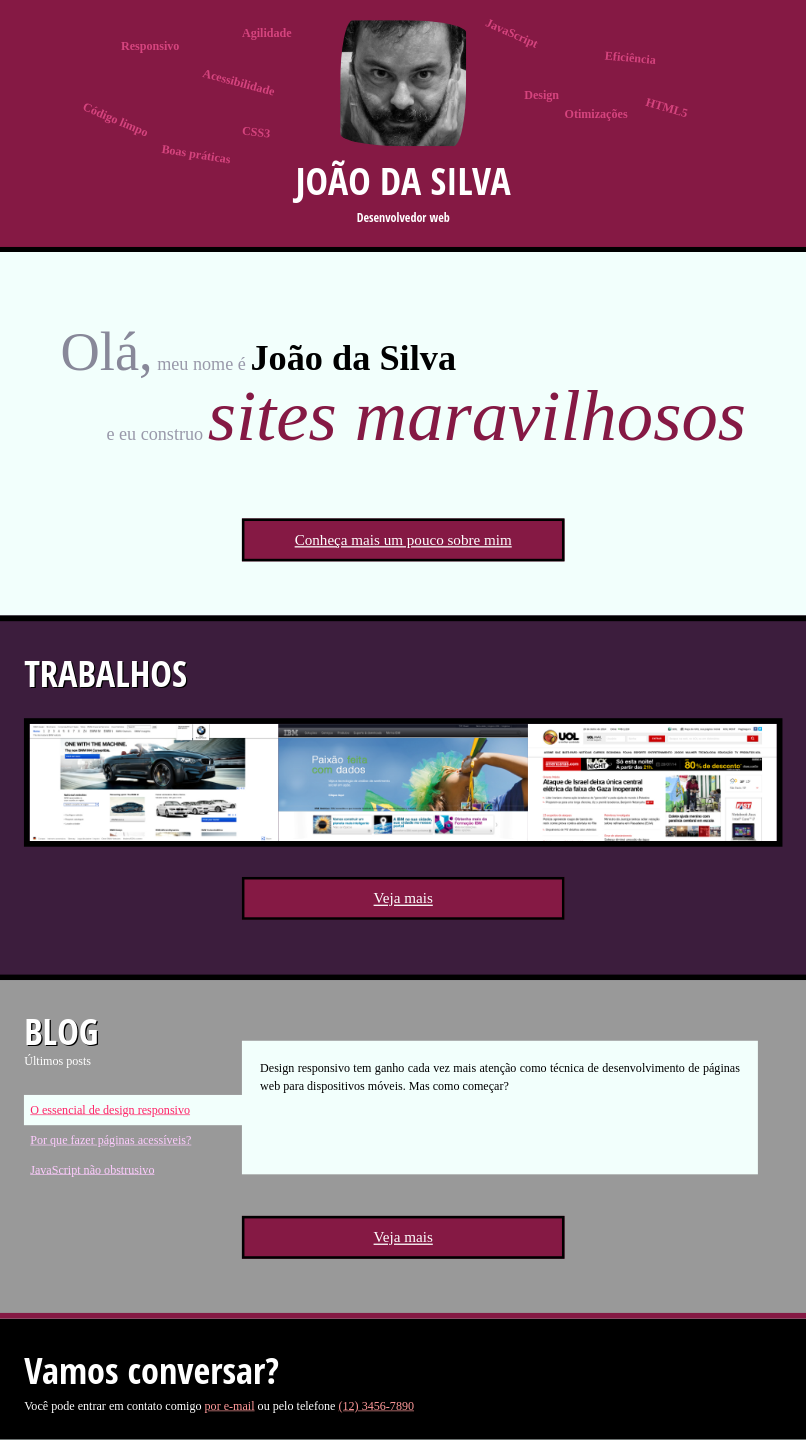
Repository: MichelMiola/html5Css3Avancado
Page: projeto/index.html
The author's editor kept a copy of each file at every save. The page is drawn from the files as they stood at one save, then again after the next save.
The browser window is 1280 px wide. The pictures show the whole page, at 63% of full size.
Some web fonts or font styles are not loaded; a fallback is used.

Above is the page before, as saved 2015-03-20 18:15:10.

After the next save:
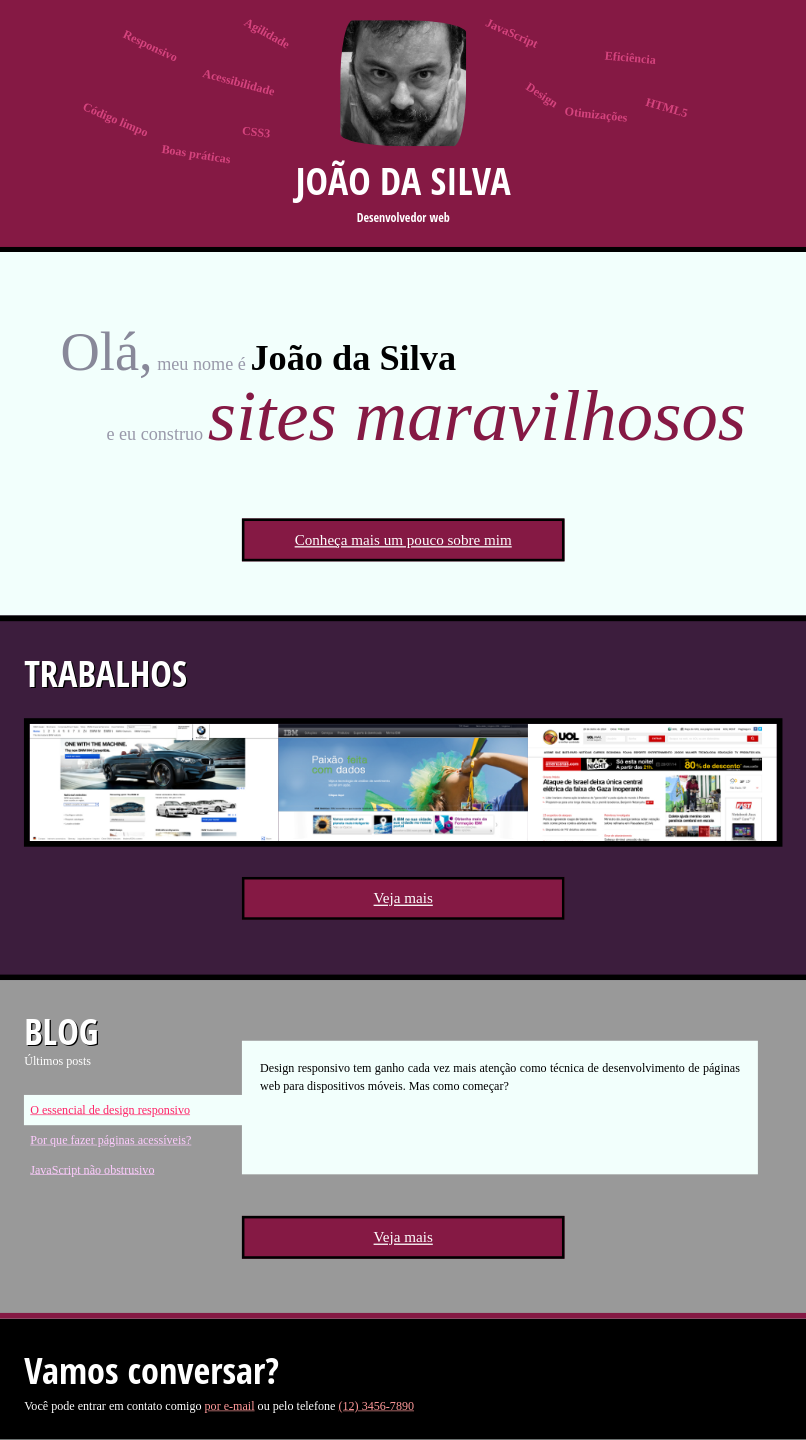
Saved 60 s later.
--- a/projeto/css/index.css
+++ b/projeto/css/index.css
@@ -145,18 +145,26 @@
 .responsivo {
     top: 15%;
     left: 15%;
+    -webkit-transform: rotate(25deg);
+    		transform: rotate(25deg);
 }
 .otimizacoes {
     top: 43%;
     left: 70%;
+    -webkit-transform: rotate(6deg);
+    		transform: rotate(6deg);
 }
 .agilidade {
     top: 10%;
     left: 30%;
+    -webkit-transform: rotate(29deg);
+    		transform: rotate(29deg);
 }
 .design {
     top: 35%;
     left: 65%;
+    -webkit-transform: rotate(33deg);
+    		transform: rotate(33deg);
 }
 header{
 	position: relative;
